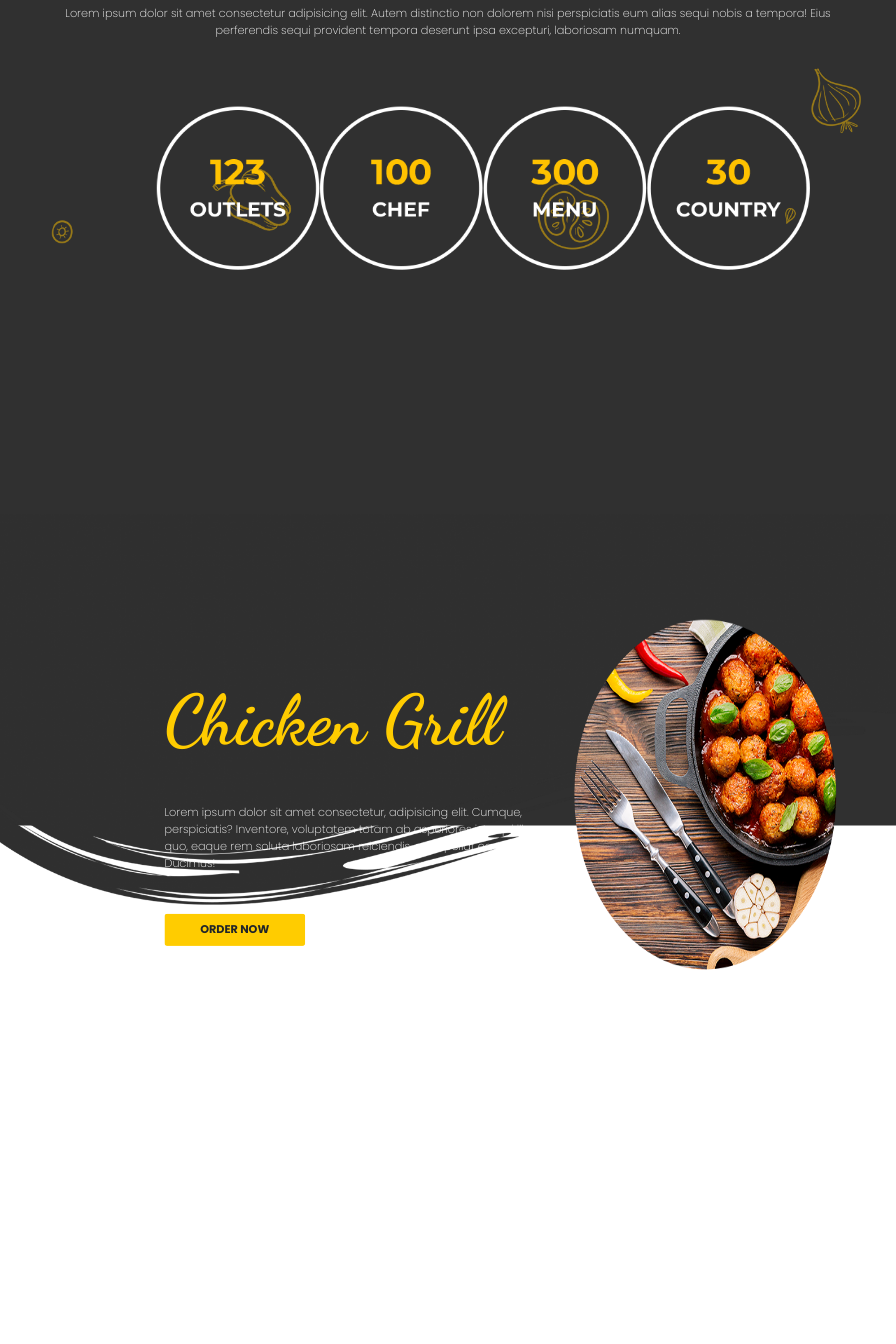
Repository: iphoneboy46/templateRestaurent
Page: index.html
The author's editor kept a copy of each file at every save. The page is drawn from the files as they stood at one save, then again after the next save.
The browser window is 1280 px wide. The pictures show the part of the page from y = 2905 to 4825 px (the page is 7200 px tall), at 70% of full size.

Above is the page before, as saved 2022-10-12 16:47:53.

### index.html
<!DOCTYPE html>
<html lang="en">

<head>
    <meta charset="UTF-8">
    <meta http-equiv="X-UA-Compatible" content="IE=edge">
    <meta name="viewport" content="width=device-width, initial-scale=1.0">
    <link rel="stylesheet" href="https://cdn.jsdelivr.net/npm/bootstrap@4.3.1/dist/css/bootstrap.min.css"
        integrity="sha384-ggOyR0iXCbMQv3Xipma34MD+dH/1fQ784/j6cY/iJTQUOhcWr7x9JvoRxT2MZw1T" crossorigin="anonymous">
    <script src="https://code.jquery.com/jquery-3.3.1.slim.min.js"
        integrity="sha384-q8i/X+965DzO0rT7abK41JStQIAqVgRVzpbzo5smXKp4YfRvH+8abtTE1Pi6jizo"
        crossorigin="anonymous"></script>
    <script src="https://cdn.jsdelivr.net/npm/popper.js@1.14.7/dist/umd/popper.min.js"
        integrity="sha384-UO2eT0CpHqdSJQ6hJty5KVphtPhzWj9WO1clHTMGa3JDZwrnQq4sF86dIHNDz0W1"
        crossorigin="anonymous"></script>
    <script src="https://cdn.jsdelivr.net/npm/bootstrap@4.3.1/dist/js/bootstrap.min.js"
        integrity="sha384-JjSmVgyd0p3pXB1rRibZUAYoIIy6OrQ6VrjIEaFf/nJGzIxFDsf4x0xIM+B07jRM"
        crossorigin="anonymous"></script>
    <link rel="stylesheet" href="https://cdnjs.cloudflare.com/ajax/libs/font-awesome/6.2.0/css/all.min.css"
        integrity="sha512-xh6O/CkQoPOWDdYTDqeRdPCVd1SpvCA9XXcUnZS2FmJNp1coAFzvtCN9BmamE+4aHK8yyUHUSCcJHgXloTyT2A=="
        crossorigin="anonymous" referrerpolicy="no-referrer" />
    <link rel="stylesheet" href="style.css">
    <title>Document</title>
</head>

<body>
    <header class="header container-fluid">
        <nav class="menu__list pt-3">
            <div class="logo">
                <a class="navbar-brand">
                    <img src="images/logo.png" alt="">
                </a>
            </div>
            <ul class="menu__items">
                <li class="nav-item">
                    <a class="nav-link text-white" href="#">Home</a>
                </li>
                <li class="nav-item">
                    <a class="nav-link text-white" href="#">Product</a>
                </li>
                <li class="nav-item">
                    <a class="nav-link text-white" href="#">Promo</a>
                </li>
                <li class="nav-item">
                    <a class="nav-link text-white" href="#">About</a>
                </li>
                <li class="nav-item">
                    <a class="nav-link text-white" href="#">Contact</a>
                </li>
            </ul>
            <div class="item--search">
                <i class="fa-solid fa-magnifying-glass"></i>
            </div>
        </nav>
        <div class="header__content">
            <h1>Title Here</h1>
            <p>Lorem ipsum dolor sit amet consectetur, adipisicing elit. Cumque, perspiciatis? Inventore, voluptatem
                totam ab asperiores iste qui illo esse quo, eaque rem soluta laboriosam reiciendis, ad repellat ea
                quibusdam! Ducimus!</p>
            <button type="button" class="btn">ORDER NOW</button>
        </div>
    </header>
    <section class="section">
        <div class="section__best-seller container">
            <h1>Best seller</h1>
            <p>Lorem ipsum dolor sit amet consectetur adipisicing elit. Autem distinctio non dolorem nisi perspiciatis
                eum alias sequi nobis a tempora! Eius perferendis sequi provident tempora deserunt ipsa excepturi,
                laboriosam numquam.</p>
            <div class="section__best-seller--list">
                <div class="section__best-seller--item">
                    <div>
                        <img src="images/img1.png" alt="">
                    </div>
                    <div>
                        <h2>Title Here</h2>
                    </div>
                    <div>
                        <p>Lorem ipsum dolor sit amet consectetur adipisicing elit. </p>
                    </div>
                </div>
                <div class="section__best-seller--item">
                    <div>
                        <img src="images/img2.png" alt="">
                    </div>
                    <div>
                        <h2>Title Here</h2>
                    </div>
                    <div>
                        <p>Lorem ipsum dolor sit amet consectetur adipisicing elit. </p>
                    </div>
                </div>
                <div class="section__best-seller--item">
                    <div>
                        <img src="images/img3.png" alt="">
                    </div>
                    <div>
                        <h2>Title Here</h2>
                    </div>
                    <div>
                        <p>Lorem ipsum dolor sit amet consectetur adipisicing elit. </p>
                    </div>
                </div>
            </div>
        </div>
        <div class="section__Oriental">
            <div class="section__Oriental--content container">
                <div class="section__Oriental--img">
                    <img src="images/img8.png" alt="">
                </div>
                <div class="section__Oriental--title">
                    <h1>Oriental Taste</h1>
                    <p>Lorem ipsum dolor sit amet consectetur, adipisicing elit. Cumque, perspiciatis? Inventore,
                        voluptatem totam ab asperiores iste qui illo esse quo, eaque rem soluta laboriosam reiciendis,
                        ad repellat ea quibusdam! Ducimus!</p>
                    <button type="button" class="btn">ORDER NOW</button>
                </div>
            </div>
        </div>
        <div class="section__Statistics">
            <div class="section__Statistics--title container">
                <h1>Statistics</h1>
                <p>Lorem ipsum dolor sit amet consectetur adipisicing elit. Autem distinctio non dolorem nisi
                    perspiciatis eum alias sequi nobis a tempora! Eius perferendis sequi provident tempora deserunt ipsa
                    excepturi, laboriosam numquam.</p>
            </div>
            <div class="section__Statistics--img">
                <img src="images/img7.png" alt="">
                <img src="images/img6.png" alt="">
                <img src="images/img5.png" alt="">
                <img src="images/img4.png" alt="">
            </div>
            <div class="section__Chicken">
                <div class="section__Oriental--content container">
                    <div class="section__Oriental--title">
                        <h1>Chicken Grill</h1>
                        <p>Lorem ipsum dolor sit amet consectetur, adipisicing elit. Cumque, perspiciatis? Inventore,
                            voluptatem totam ab asperiores iste qui illo esse quo, eaque rem soluta laboriosam
                            reiciendis, ad repellat ea quibusdam! Ducimus!</p>
                        <button type="button" class="btn">ORDER NOW</button>
                    </div>
                    <div class="section__Oriental--img">
                        <img src="images/img9.png" alt="">
                    </div>
                </div>
            </div>
        </div>
        <div class="section__comment">

        </div>
    </section>
</body>

</html>

### style.css
@import url('https://fonts.googleapis.com/css2?family=Poppins:wght@200&display=swap');
@import url('https://fonts.googleapis.com/css2?family=Dancing+Script:wght@700&family=Great+Vibes&family=Pacifico&family=Poppins:wght@200;700&family=Yellowtail&display=swap');
@import url('https://fonts.googleapis.com/css2?family=Dancing+Script:wght@700&family=Pacifico&family=Poppins:wght@200&display=swap');


* {
    padding: 0;
    margin: 0;
    box-sizing: border-box;
    font-family: 'Poppins', sans-serif;
    text-decoration: none;
    list-style: none;
}

body{
    background-color: white;
    height: 1000vh;
}

.logo {
    width: 30%;
}

.header {
    background-image: url(images/header.png);
    width: 100%;
    height: 1000px;
    background-size: 100%;
    background-repeat: no-repeat;
    object-fit: fill;
}

.menu__list {
    display: flex;
    justify-content: space-between;
    align-items: center;
}

.menu__items {
    display: flex;
    justify-content: space-between;
    align-items: center;
    width: 50%;
}

.menu__items li a {
    font-size: 30px;
}


.item--search i {
    margin-right: 10px;
    color: white;
    font-size: 30px;
}

.header__content {
    width: 635px;
    position: absolute;
    top: 50%;
    left: 65%;
    transform: translate(-50%, -50%)
}



.header__content h1 {
    color: #ffcc00;
    font-size: 130px;
    font-weight: bold;
    font-family: 'Dancing Script', sans-serif;
}

.header__content p {
    font-size: 18px;
    color: white;
    line-height: 30px;
    margin-top: 30px;
    margin-bottom: 30px;
}

.header__content .btn {
    background-color: #ffcc00;
    font-weight: 800;
    padding: 10px 50px;
}

.section {
    margin-top: 140px;
}

.section__best-seller h1 {
    text-align: center;
    font-size: 50px;
    font-family: 'Dancing Script', sans-serif;
}

.section__best-seller p {
    text-align: center;
    font-weight: 500;
    margin-top: 20px;
    margin-bottom: 40px;
}

.section__best-seller--list {
    display: flex;
    justify-content: space-between;
    align-items: center;
}

.section__best-seller--item {
    display: flex;
    flex-direction: column;
    justify-content: space-around;
    align-items: center;
}

.section__best-seller--item h2 {
    text-align: center;
    margin-top: 5px;
    font-family: 'Dancing Script', sans-serif;
    font-weight: bolder;
}

.section__Oriental {
    margin-top: 150px;
    background-image: url(images/Design3.png);
    width: 100%;
    background-repeat: no-repeat;
    background-size: 100%;
    padding-bottom: 80px;
}

.section__Oriental--content {
    display: flex;
    justify-content: space-between;
    align-items: center;
}

.section__Oriental--img {
    margin-top:150px;
    width: 100%;
    height: 500px;
}

.section__Oriental--img img {
    width: 100%;
    height: 100%;
}

.section__Oriental--title{
    margin-left:150px;
    margin-top: 200px;
}


.section__Oriental--title h1 {
    color: #ffcc00;
    font-size: 100px;
    font-weight: bold;
    font-family: 'Dancing Script', sans-serif;
}

.section__Oriental--title p {
    color: white;
    font-size:16px;
    margin-top: 60px;
    margin-bottom: 60px;
}

.section__Oriental--title .btn {
    background-color: #ffcc00;
    font-weight: 800;
    padding: 10px 50px;
}

.section__Statistics{
    background-image: url(images/Design2.png);
    background-color: #303030;
    background-repeat: no-repeat;
    background-size: 100%;
    padding-top: 200px;
    width: 100%;
    height: 1500px;
    z-index: 10;
}

.section__Statistics--title h1{
    color: #ffcc00;
    font-size: 100px;
    font-weight: bold;
    font-family: 'Dancing Script', sans-serif;
    text-align: center;
}

.section__Statistics--title p {
    text-align: center;
    color: white;
}

.section__Statistics--img{
    width: 65%;
    margin: auto;
    display: flex;
    justify-content: space-between;
    align-items: center;
    margin-top: 97px;
}

.section__Chicken{
    background-image: url(images/Design4.png);
    height: 800px;
    width: 100%;
    background-repeat: no-repeat;
    background-size: 100%;
    margin-top: 350px;
    z-index: -1;
}

After the next save:
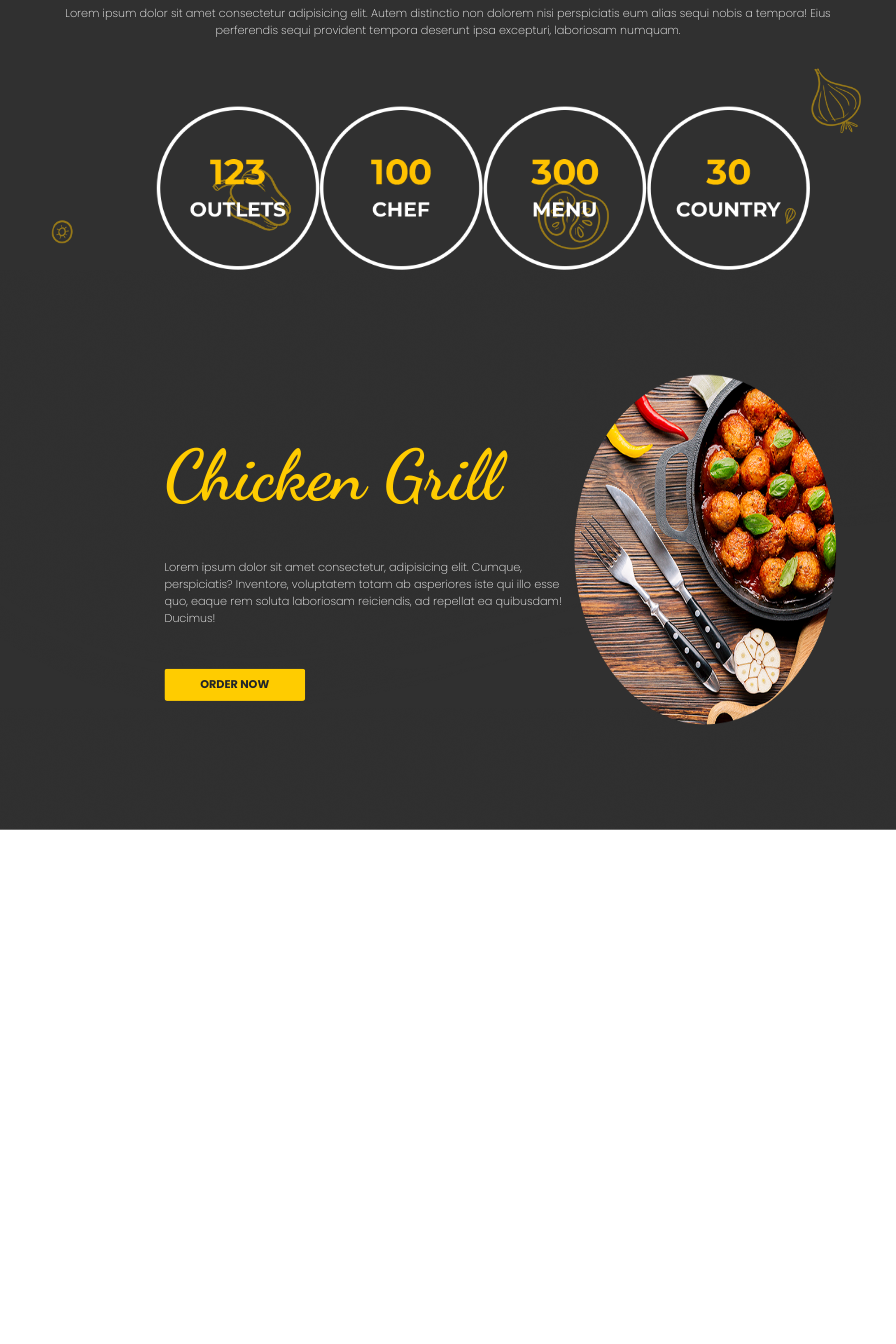
Saved 26 s later.
--- a/style.css
+++ b/style.css
@@ -211,8 +211,5 @@ body{
     background-image: url(images/Design4.png);
     height: 800px;
     width: 100%;
-    background-repeat: no-repeat;
-    background-size: 100%;
-    margin-top: 350px;
-    z-index: -1;
-}
+
+}
